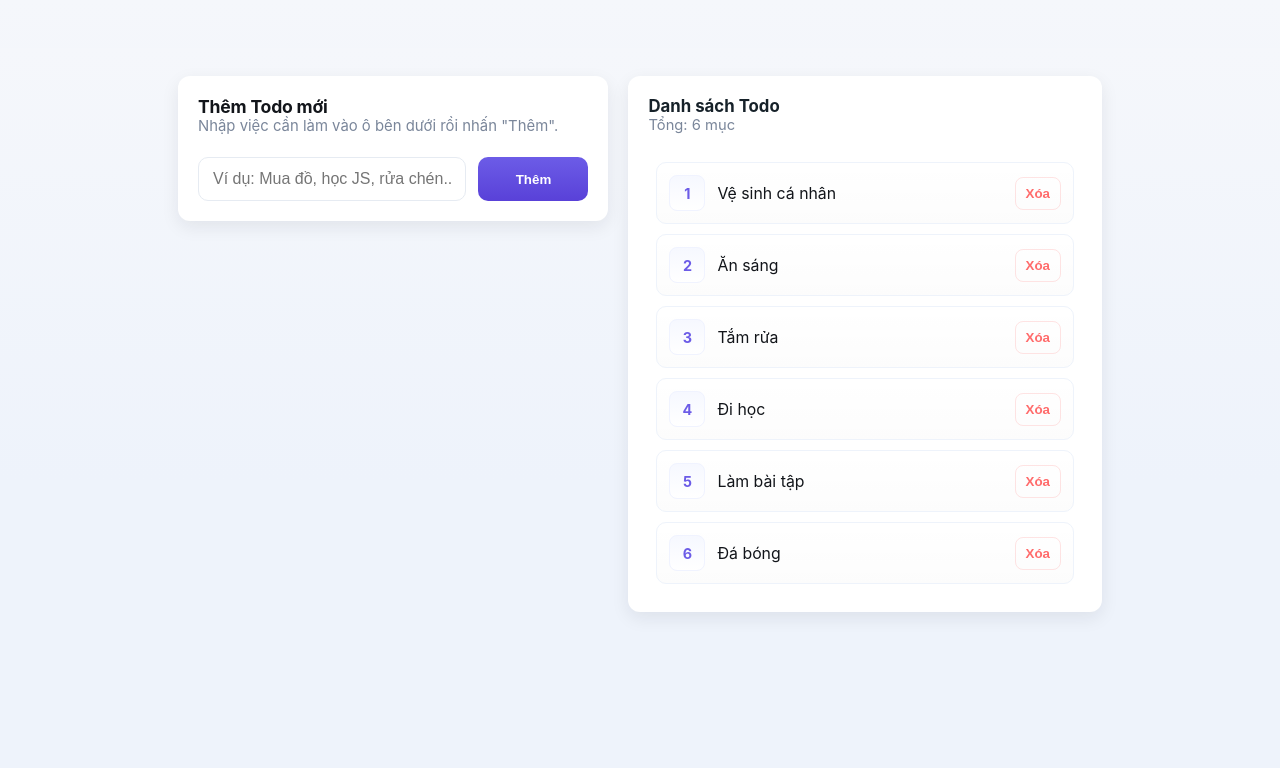
Repository: binhphanbp/ECMAScript_WEB501_WD20301
Page: class_TranBaHo/lesson3/1.todo-list/dom/index.html
An editor plug-in stored every save of this project. The page is shown before and after the next save, followed by the edit.
The browser window is 1280 px wide. The pictures show the whole page.

Above is the page before, as saved 2025-09-23 10:57:15.

After the next save:
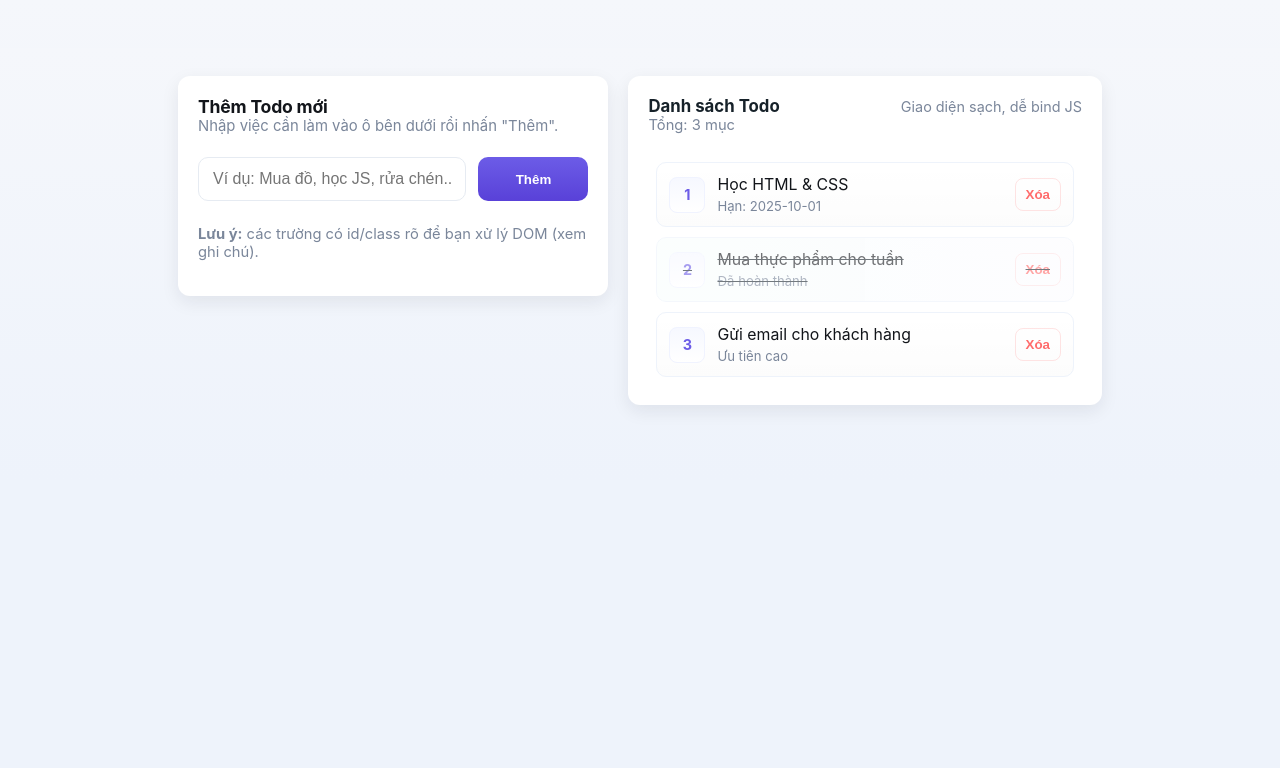
Saved 14 min 22 s later.
--- a/class_TranBaHo/lesson3/1.todo-list/dom/index.html
+++ b/class_TranBaHo/lesson3/1.todo-list/dom/index.html
@@ -56,6 +56,7 @@
         display: flex;
         flex-direction: column;
         gap: 16px;
+        min-height: 220px;
       }
 
       #left-box h2 {
@@ -275,6 +276,11 @@
             Thêm
           </button>
         </form>
+
+        <div style="margin-top: 8px; font-size: 0.92rem; color: var(--muted)">
+          <strong>Lưu ý:</strong> các trường có id/class rõ để bạn xử lý DOM
+          (xem ghi chú).
+        </div>
       </section>
 
       <!-- RIGHT BOX: list -->
@@ -290,10 +296,15 @@
             <h3 id="list-title">Danh sách Todo</h3>
             <div class="meta">Tổng: <span id="todo-count">3</span> mục</div>
           </div>
+          <div style="color: var(--muted); font-size: 0.9rem">
+            Giao diện sạch, dễ bind JS
+          </div>
         </div>
 
         <!-- UL list -->
+        <!-- id: #todo-list, each li has class .todo-item and .todo-delete button inside -->
         <ul id="todo-list" aria-live="polite">
+          <!-- Sample items (bạn có thể render/append bằng JS) -->
           <li class="todo-item" data-id="1" data-done="false">
             <div class="todo-left">
               <div class="todo-handle" aria-hidden="true">1</div>
@@ -355,12 +366,12 @@
           </li>
         </ul>
 
+        <!-- Empty-state template (ẩn khi có items) -->
+        <!-- bạn có thể show/hide bằng JS: .empty -->
         <div id="empty-state" class="empty" style="display: none">
           Chưa có todo nào. Thêm todo mới ở bên trái.
         </div>
       </section>
     </main>
-
-    <script src="./main.js"></script>
   </body>
 </html>
